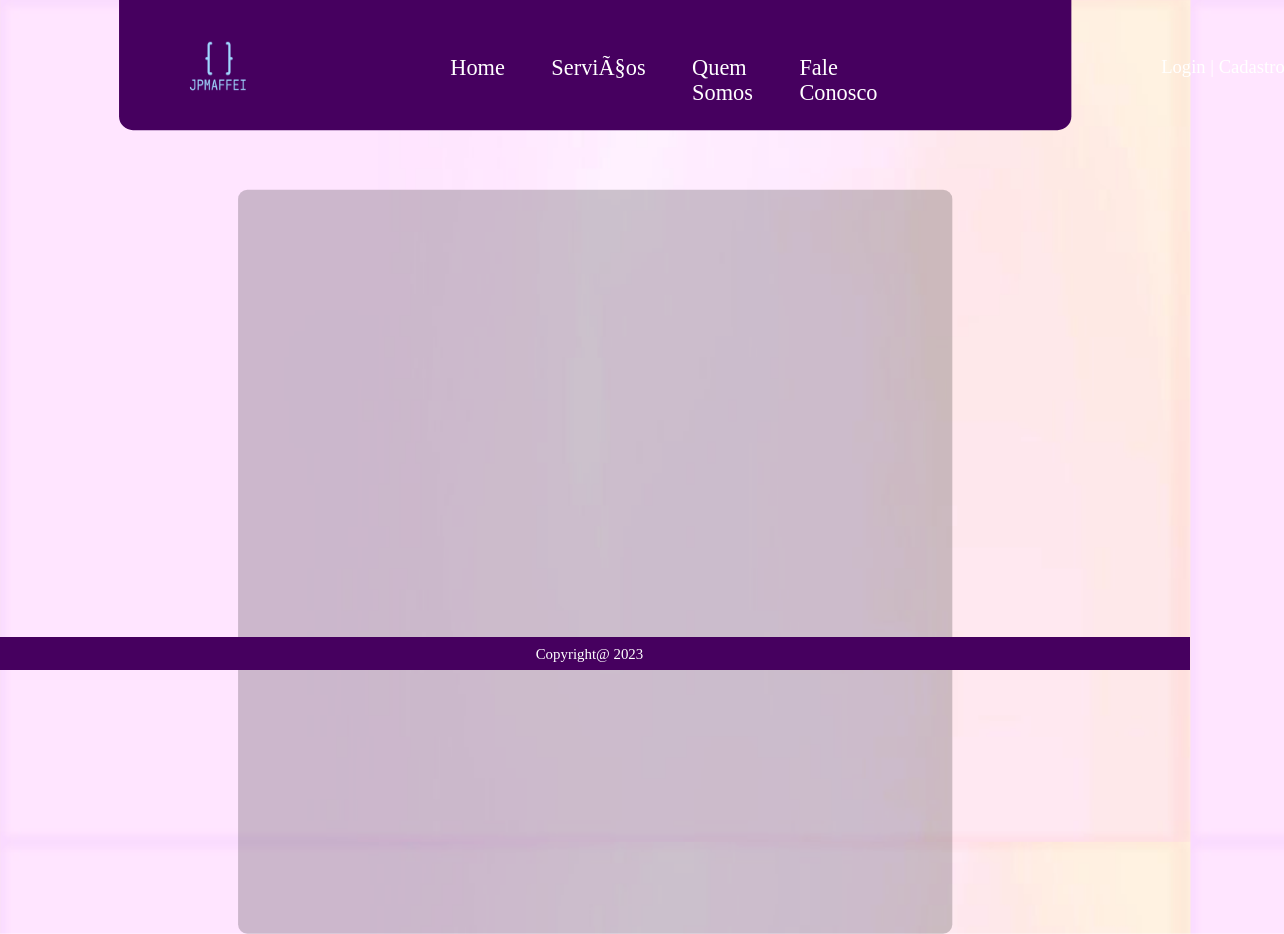
Repository: jpmaffei18/PROJETO_JAVA
Page: http://localhost/FinalWeb/
The author's editor kept a copy of each file at every save. The page is drawn from the files as they stood at one save, then again after the next save.
The browser window is 1280 px wide. The page is 1381 px wide, then 1312 px, so the pictures cover 1381 px, including what lies to the right of the window. The pictures show the whole page, at 93% of full size.
Backgrounds fixed to the window are drawn as part of the page. The page is served by Tomcat 9.

Above is the page before, as saved 2023-04-03 11:28:17.

After the next save:
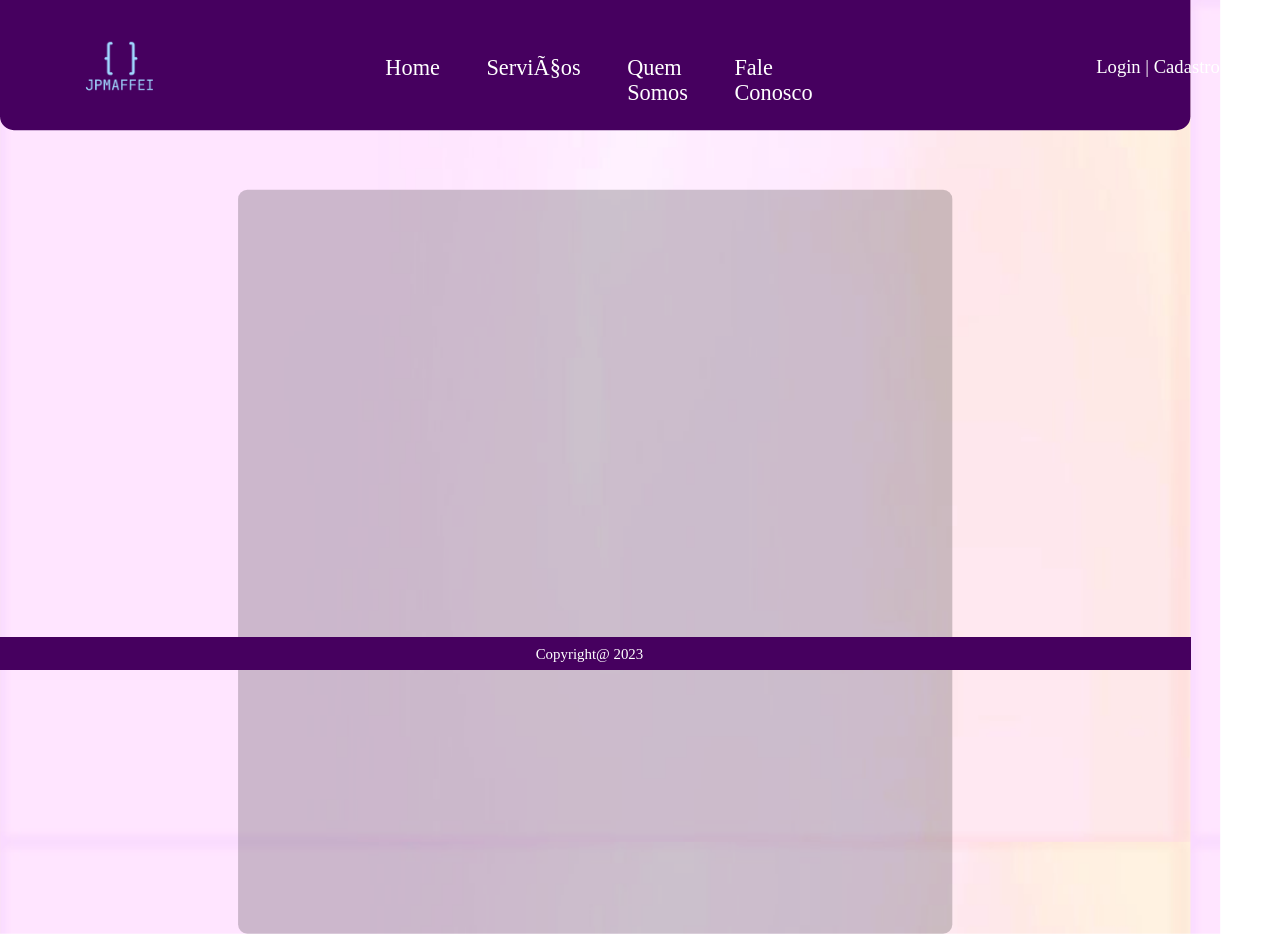
Saved 83 s later.
--- a/FinalWeb/src/main/webapp/home.css
+++ b/FinalWeb/src/main/webapp/home.css
@@ -13,7 +13,7 @@ body{
 
 header{
     background-color: #46005F;
-    width: 80%;
+    width: 100%;
     height: 140px;
     margin:auto;
     border-bottom-left-radius: 15px;
